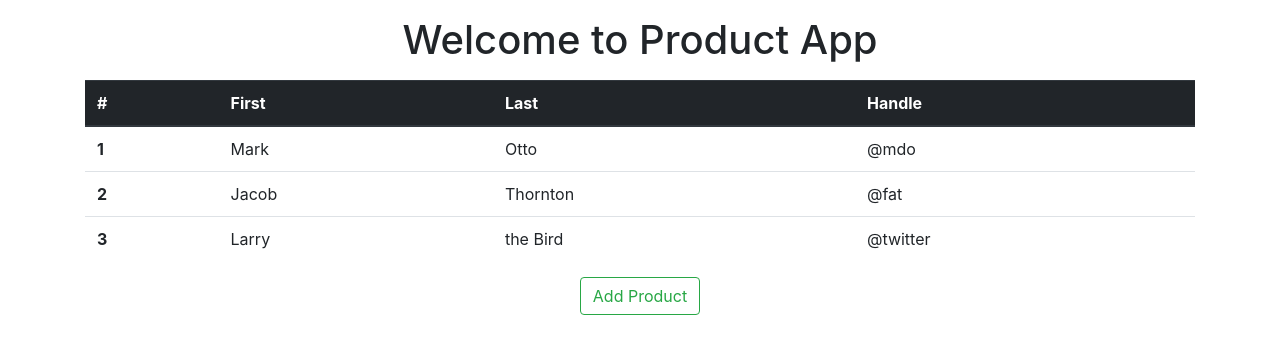
Repository: sagargudi/ProductApp
Page: http://localhost/CURDOperationUsingSpring/WEB-INF/views/index.jsp
These files come from the project's save history. The page is drawn as it stood at one moment and after the next save; the edit follows.
The browser window is 1280 px wide. The pictures show the whole page.
Some web libraries are served in a nearby version. The page is served by Tomcat 9. Nobody is signed in. The template is opened directly, without the code that normally fills it, so the values that code supplies are empty.

Above is the page before, as saved 2021-03-06 11:28:38.

After the next save:
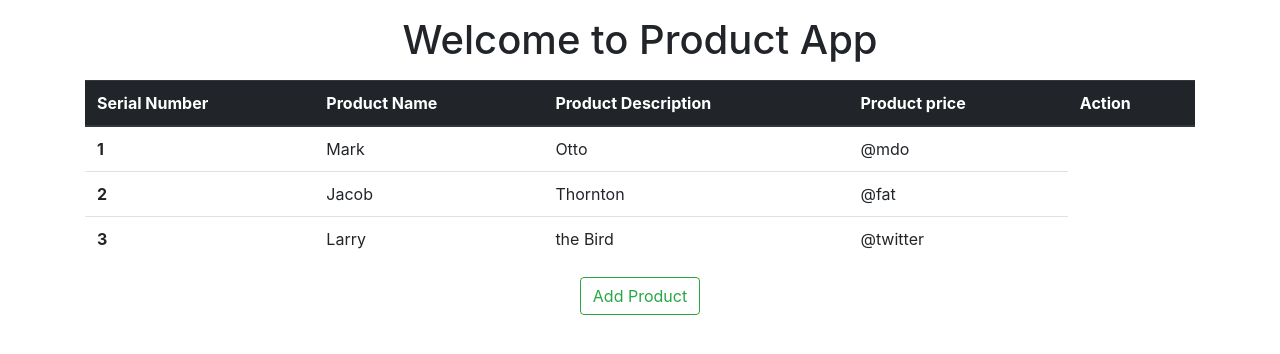
Saved 78 s later.
--- a/CURDOperationUsingSpring/src/main/webapp/WEB-INF/views/index.jsp
+++ b/CURDOperationUsingSpring/src/main/webapp/WEB-INF/views/index.jsp
@@ -14,10 +14,12 @@
 			<table class="table">
   <thead class="thead-dark">
     <tr>
-      <th scope="col">#</th>
-      <th scope="col">First</th>
-      <th scope="col">Last</th>
-      <th scope="col">Handle</th>
+      <th scope="col">Serial Number</th>
+      <th scope="col">Product Name</th>
+      <th scope="col">Product Description</th>
+      <th scope="col">Product price</th>
+      <th scope="col">Action</th>
+
     </tr>
   </thead>
   <tbody>
